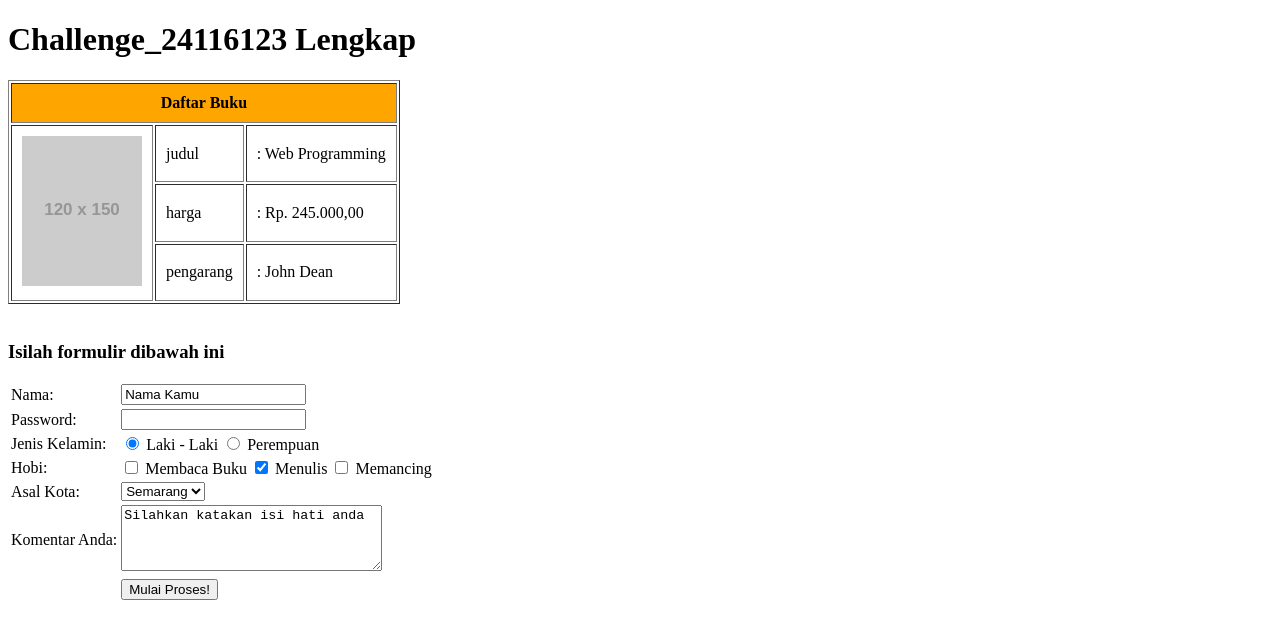
Repository: RoyyanSuryanto/Challenge_24116158
Page: Pertemuan 4/Challenge_24116158.html
The author's editor kept a copy of each file at every save. The page is drawn from the files as they stood at one save, then again after the next save.
The browser window is 1280 px wide. The pictures show the whole page.

Above is the page before, as saved 2026-04-20 09:45:38.

After the next save:
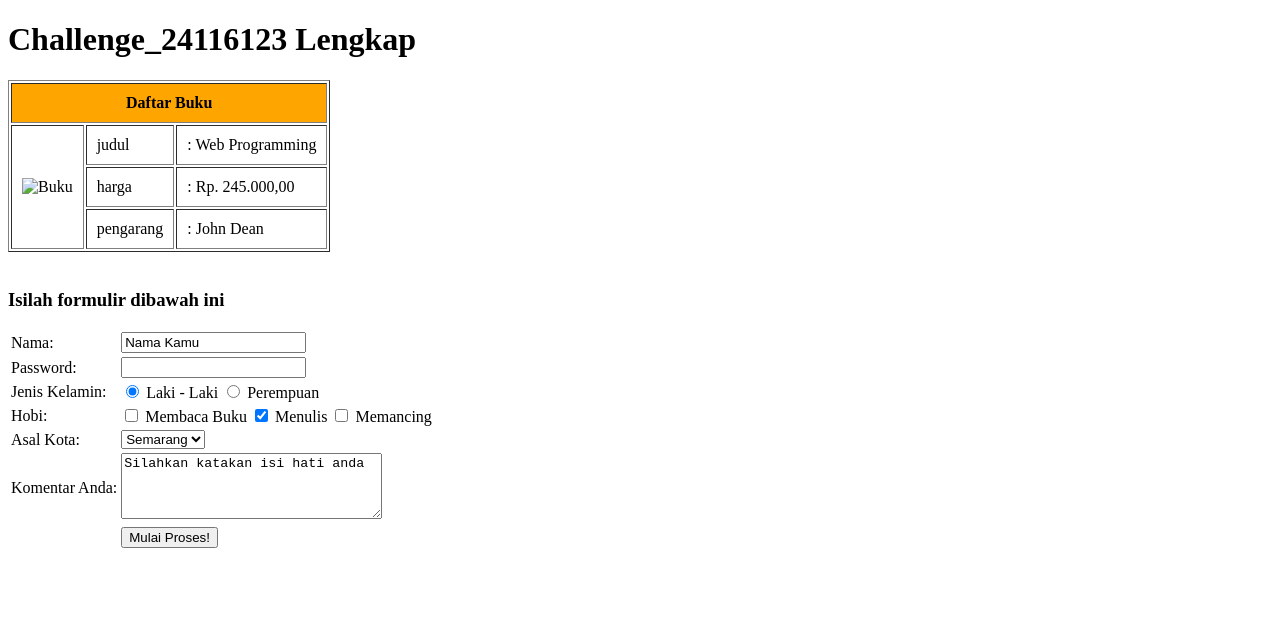
Saved 25 s later.
--- a/Pertemuan 4/Challenge_24116158.html
+++ b/Pertemuan 4/Challenge_24116158.html
@@ -16,7 +16,7 @@
         </tr>
         <tr>
             <td rowspan="3">
-                <img src="https://via.placeholder.com/120x150" alt="Buku">
+                <img src="" alt="Buku">
             </td>
             <td>judul</td>
             <td>: Web Programming</td>
